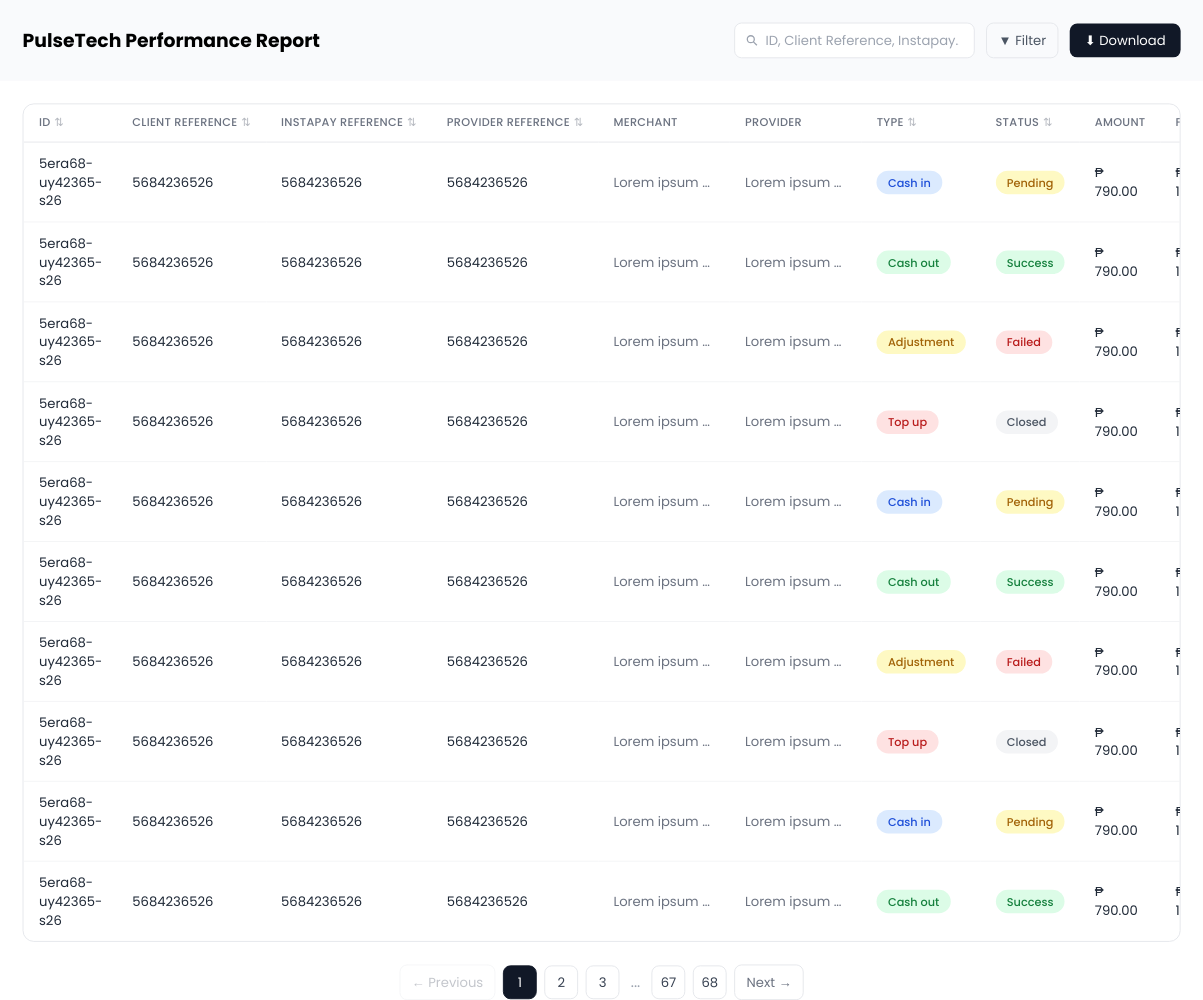
Repository: ShyrineJardin/pulse_admin
Page: /dashboard
These files come from the project's save history. The page is drawn as it stood at one moment and after a run of saves; the edit follows.
The browser window is 1280 px wide. The pictures show the whole page, at 94% of full size.
The project was rebuilt for these pictures with package versions that can differ from the ones it lists, and the page was loaded fresh each time. Also part of the build but not shown: src/components/Login.jsx.

Above is the page before, as saved 2026-03-26 15:09:37.

After the next 3 saves:
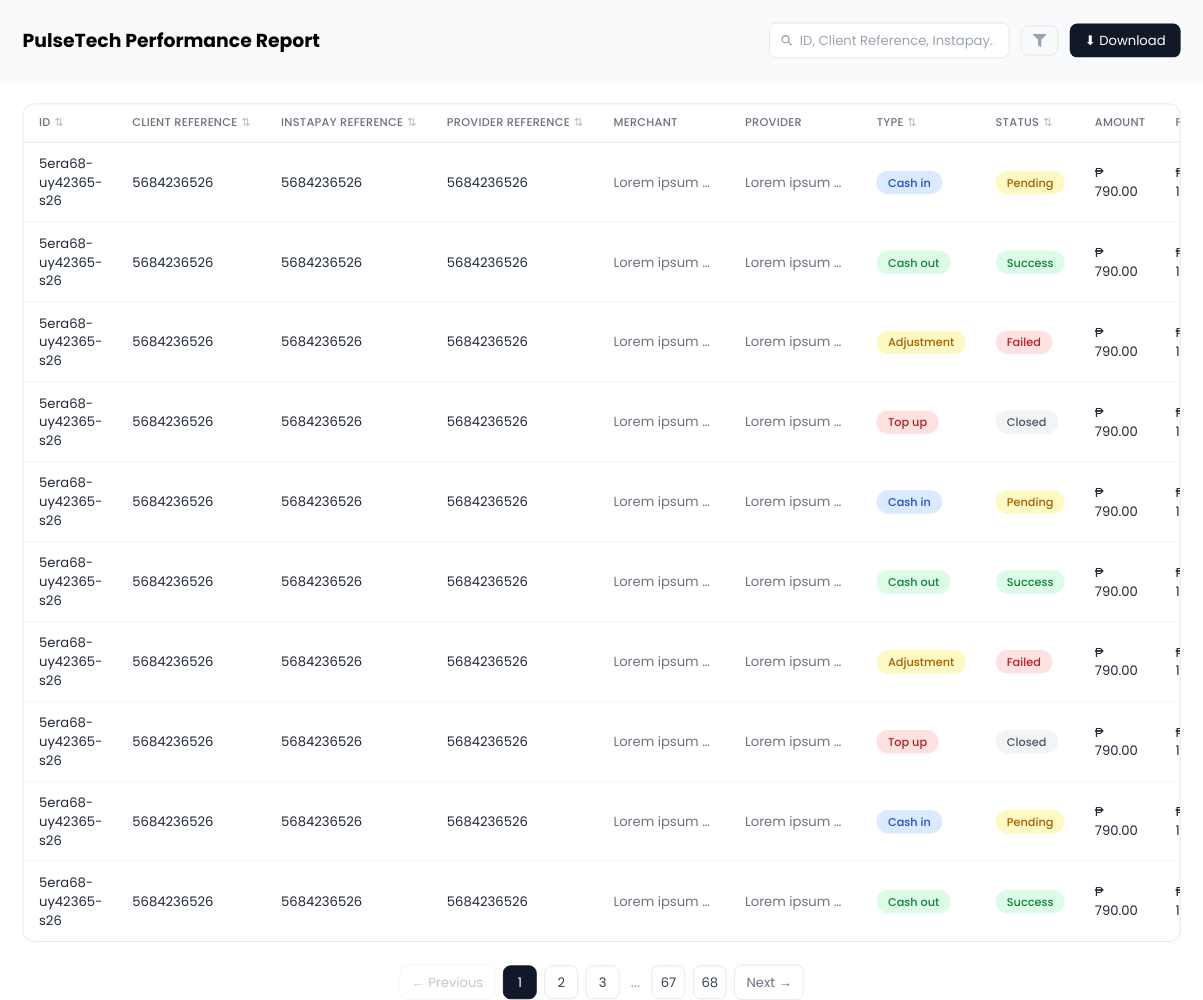
The 3 saves are shown as one change because they came seconds apart.
The last was saved 15 s later.
--- a/src/components/Dashboard.jsx
+++ b/src/components/Dashboard.jsx
@@ -113,7 +113,7 @@
             />
           </div>
           <button className="flex items-center gap-2 px-3 py-2 text-sm border border-gray-200 rounded-lg text-gray-600 hover:bg-gray-50">
-            ▼ Filter
+            <FaFilter className="text-gray-400" />
           </button>
           <button className="flex items-center gap-2 px-4 py-2 text-sm bg-gray-900 text-white rounded-lg hover:bg-gray-800">
             ⬇ Download
